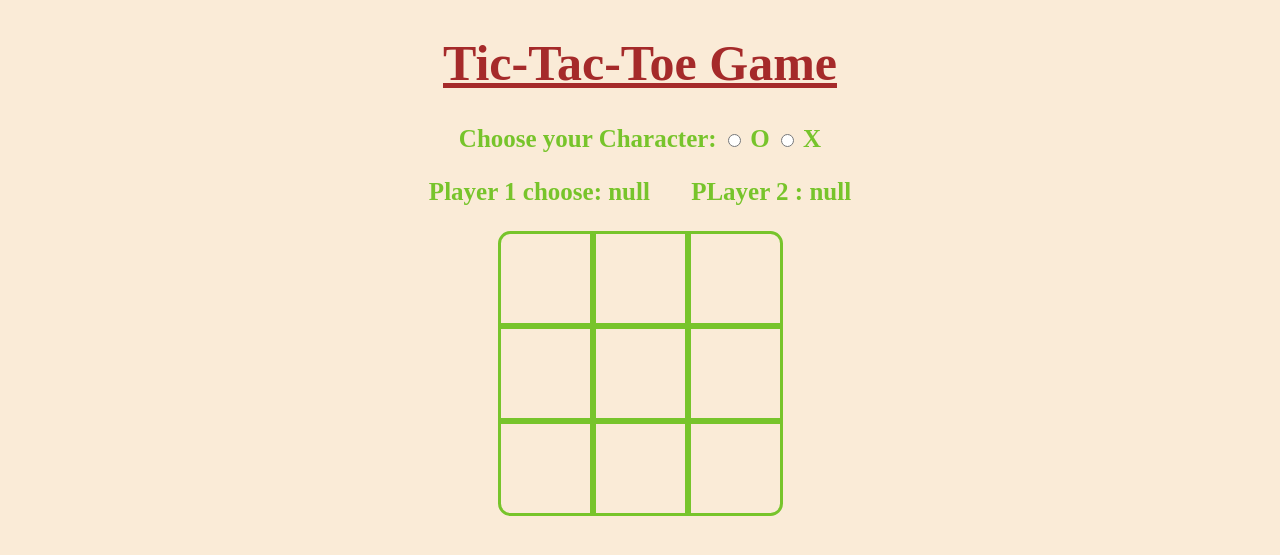
Repository: 0101chaitanya/Tic-Tac-Toe
Page: index.html
The author's editor kept a copy of each file at every save. The page is drawn from the files as they stood at one save, then again after the next save.
The browser window is 1280 px wide. The pictures show the whole page.

Above is the page before, as saved 2021-06-12 12:37:18.

After the next save:
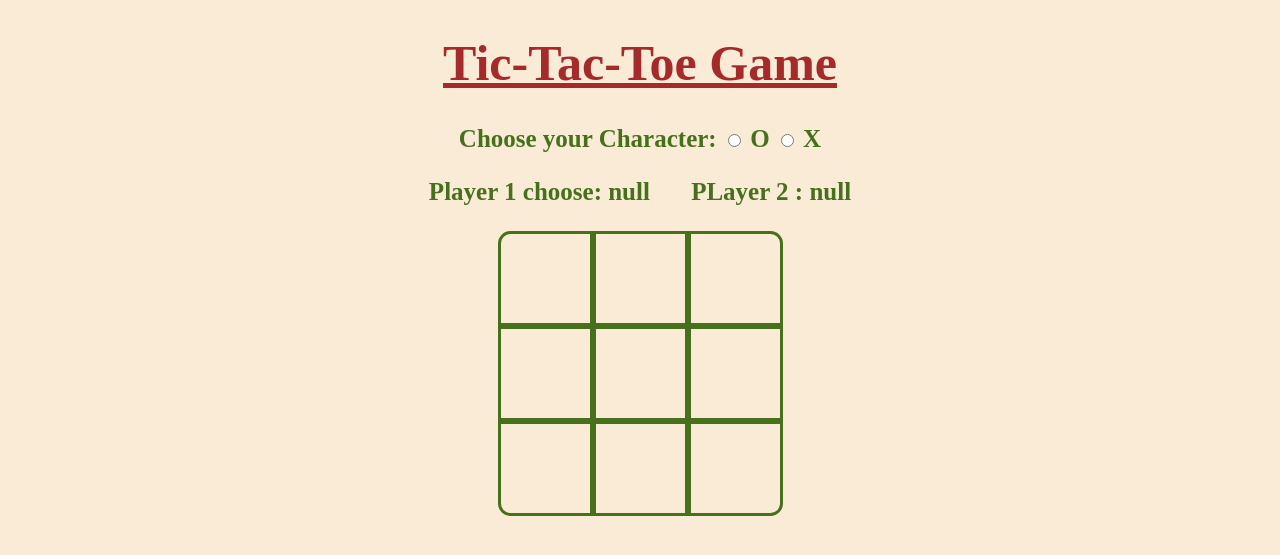
Saved 5 s later.
--- a/styles.css
+++ b/styles.css
@@ -26,7 +26,7 @@
 }
 
 body {
-    color: rgb(119, 196, 43);
+    color: rgb(70, 112, 27);
     background: antiquewhite;
 }
 
